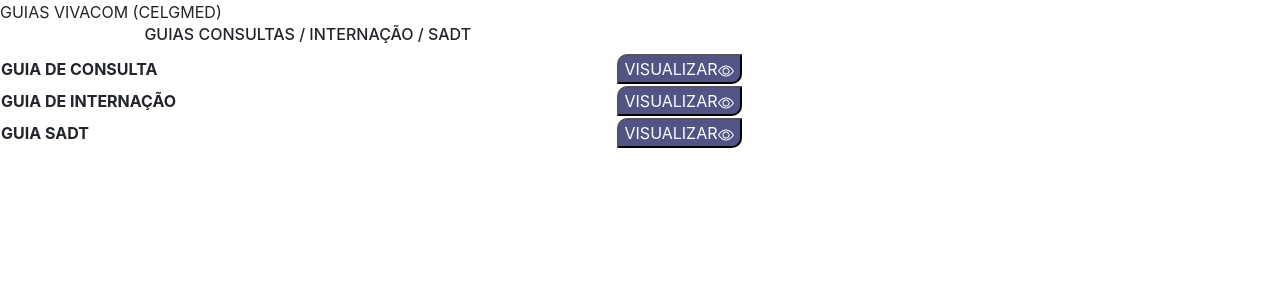
Repository: Leandromarim/INTRANET_PARTICULAR
Page: guiasVivacom.html
These files come from the project's save history. The page is drawn as it stood at one moment and after the next save; the edit follows.
The browser window is 1280 px wide. The pictures show the whole page.

Above is the page before, as saved 2021-12-29 12:53:48.
Not found: ajax.js

### guiasVivacom.html
<!DOCTYPE html>
<html lang="pt-br">

<head>
    <meta charset="UTF-8" />
    <meta http-equiv="X-UA-Compatible" content="IE=edge" />
    <meta name="viewport" content="width=device-width, initial-scale=1.0" />
    <link rel="stylesheet" href="./assets/css/bootstrap-grid.css" />
    <link rel="stylesheet" href="./assets/css/bootstrap-grid.min.css" />
    <link rel="stylesheet" href="./assets/css/bootstrap.css" />
    <link rel="stylesheet" href="./assets/css/bootstrap.css" />
    <link rel="stylesheet" href="./assets/css/tables.css" />
    <link rel="stylesheet" href="./assets/css/body.css" />
    <link rel="stylesheet" href="https://stackpath.bootstrapcdn.com/bootstrap/4.1.3/css/bootstrap.min.css" integrity="sha384-MCw98/SFnGE8fJT3GXwEOngsV7Zt27NXFoaoApmYm81iuXoPkFOJwJ8ERdknLPMO" crossorigin="anonymous" />
    <link rel="icon" href="./image/ico/ico_ha.ico" />
    <title>Intranet 2.0</title>
</head>

<body>
    <header id="mainheader"></header>
    <main>
        <section class="container-titulo-tabela">
            <span class="titulo-docs">GUIAS VIVACOM (CELGMED)</span>
        </section>
        <div class="table-centralizado">
            <table class="col-sm-6 col-lg-8">
                <thead>
                    <th class="titulo-setor" colspan="2">
                        <h6>GUIAS CONSULTAS / INTERNAÇÃO / SADT</h6>
                    </th>
                </thead>
                <tbody class="col-sm-6 col-lg-8">
                    <tr>
                        <th class="titulo">GUIA DE CONSULTA</th>
                        <td><a href="#" target="self"><button type="button" class="btn-visualizar">VISUALIZAR<svg xmlns="http://www.w3.org/2000/svg" width="16" height="16" fill="currentColor" class="bi bi-eye" viewBox="0 0 16 16">
                    <path d="M16 8s-3-5.5-8-5.5S0 8 0 8s3 5.5 8 5.5S16 8 16 8zM1.173 8a13.133 13.133 0 0 1 1.66-2.043C4.12 4.668 5.88 3.5 8 3.5c2.12 0 3.879 1.168 5.168 2.457A13.133 13.133 0 0 1 14.828 8c-.058.087-.122.183-.195.288-.335.48-.83 1.12-1.465 1.755C11.879 11.332 10.119 12.5 8 12.5c-2.12 0-3.879-1.168-5.168-2.457A13.134 13.134 0 0 1 1.172 8z"/>
                    <path d="M8 5.5a2.5 2.5 0 1 0 0 5 2.5 2.5 0 0 0 0-5zM4.5 8a3.5 3.5 0 1 1 7 0 3.5 3.5 0 0 1-7 0z"/>
                  </svg></button></a></td>
                    </tr>
                    <tr>
                        <th class="titulo">GUIA DE INTERNAÇÃO</th>
                        <td><a href="doc/guias/celgmed_internacao.pdf "target="self"><button type="button" class="btn-visualizar">VISUALIZAR<svg xmlns="http://www.w3.org/2000/svg" width="16" height="16" fill="currentColor" class="bi bi-eye" viewBox="0 0 16 16">
                    <path d="M16 8s-3-5.5-8-5.5S0 8 0 8s3 5.5 8 5.5S16 8 16 8zM1.173 8a13.133 13.133 0 0 1 1.66-2.043C4.12 4.668 5.88 3.5 8 3.5c2.12 0 3.879 1.168 5.168 2.457A13.133 13.133 0 0 1 14.828 8c-.058.087-.122.183-.195.288-.335.48-.83 1.12-1.465 1.755C11.879 11.332 10.119 12.5 8 12.5c-2.12 0-3.879-1.168-5.168-2.457A13.134 13.134 0 0 1 1.172 8z"/>
                    <path d="M8 5.5a2.5 2.5 0 1 0 0 5 2.5 2.5 0 0 0 0-5zM4.5 8a3.5 3.5 0 1 1 7 0 3.5 3.5 0 0 1-7 0z"/>
                  </svg></button></a></td>
                    </tr>
                    <tr>
                        <th class="titulo">GUIA SADT</th>
                        <td><a href="doc/guias/celgmed_sadt.pdf" target="self"><button type="button" class="btn-visualizar">VISUALIZAR<svg xmlns="http://www.w3.org/2000/svg" width="16" height="16" fill="currentColor" class="bi bi-eye" viewBox="0 0 16 16">
                    <path d="M16 8s-3-5.5-8-5.5S0 8 0 8s3 5.5 8 5.5S16 8 16 8zM1.173 8a13.133 13.133 0 0 1 1.66-2.043C4.12 4.668 5.88 3.5 8 3.5c2.12 0 3.879 1.168 5.168 2.457A13.133 13.133 0 0 1 14.828 8c-.058.087-.122.183-.195.288-.335.48-.83 1.12-1.465 1.755C11.879 11.332 10.119 12.5 8 12.5c-2.12 0-3.879-1.168-5.168-2.457A13.134 13.134 0 0 1 1.172 8z"/>
                    <path d="M8 5.5a2.5 2.5 0 1 0 0 5 2.5 2.5 0 0 0 0-5zM4.5 8a3.5 3.5 0 1 1 7 0 3.5 3.5 0 0 1-7 0z"/>
                  </svg></button></a></td>
                    </tr>
                </tbody>
            </table>
        </div>
        <br><br><br><br><br><br><br><br><br>
    </main>
    <footer id="mainfooter"></footer>
</body>
<script src="assets/js/bootstrap.js"></script>
<script src="ajax.js"></script>

</html>

### assets/css/tables.css
section.table-centralizado, thead{
    position: relative;
    display: flex;
    align-items: center;
    align-content: center;
    justify-content: center;
    justify-items: center;
}

.tabela {
    position: relative;
    display: flex;
    align-items: center;
    align-content: center;
    justify-items: center;
    justify-content: center;
}

thead h2.titulo-tabela {
    position: relative;
    display: flex;
    justify-content: center;
    justify-items: center;
    align-items: center;
    align-content: center;
}


main table.table {
    background-color: #fff;
}

th.celula,
td.coluna {
    color: #525486;
    text-transform: uppercase;
}

th {
    border-radius: 20px;
}

td .btn-visualizar {
    background-color: #525486;
    color: #fff;
    border-radius: 10px 0 10px 0;
}

td .btn-visualizar:hover {
    background-color: #fff;
    color: #525486;
}

### assets/css/body.css
.container-card {
    display: flex;
    position: relative;
    align-items: center;
    align-content: center;
    justify-content: center;
    justify-items: center;
}

.container-card img {
    border-radius: 20px 0 20px 0;
}

div.card {
    position: relative;
    display: flex;
    width: 20rem;
    margin: 5px;
    padding: 1px;
    background-color: #525486;
    border-radius: 20px 0 20px 0;
    top: 10px;
}

#card-text {
    display: flex;
    position: relative;
    color: white;
    align-content: center;
    align-items: center;
    justify-content: center;
    justify-items: center;
}

.titulo-docs h2 {
    position: relative;
    display: flex;
    justify-content: center;
    color: #525486;
}

Loaded but not shown: assets/css/bootstrap-grid.css (library); assets/css/bootstrap-grid.min.css (library); assets/css/bootstrap.css (library); assets/js/bootstrap.js (library)

After the next save:
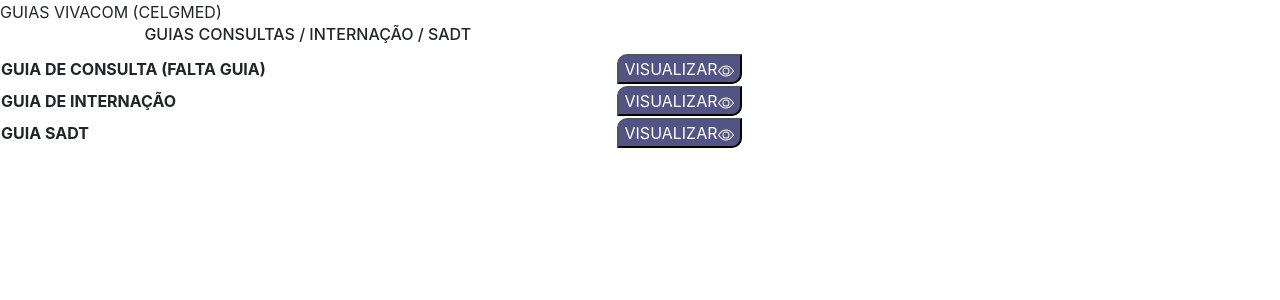
Saved 56 s later.
--- a/guiasVivacom.html
+++ b/guiasVivacom.html
@@ -31,7 +31,7 @@
                 </thead>
                 <tbody class="col-sm-6 col-lg-8">
                     <tr>
-                        <th class="titulo">GUIA DE CONSULTA</th>
+                        <th class="titulo">GUIA DE CONSULTA (FALTA GUIA)</th>
                         <td><a href="#" target="self"><button type="button" class="btn-visualizar">VISUALIZAR<svg xmlns="http://www.w3.org/2000/svg" width="16" height="16" fill="currentColor" class="bi bi-eye" viewBox="0 0 16 16">
                     <path d="M16 8s-3-5.5-8-5.5S0 8 0 8s3 5.5 8 5.5S16 8 16 8zM1.173 8a13.133 13.133 0 0 1 1.66-2.043C4.12 4.668 5.88 3.5 8 3.5c2.12 0 3.879 1.168 5.168 2.457A13.133 13.133 0 0 1 14.828 8c-.058.087-.122.183-.195.288-.335.48-.83 1.12-1.465 1.755C11.879 11.332 10.119 12.5 8 12.5c-2.12 0-3.879-1.168-5.168-2.457A13.134 13.134 0 0 1 1.172 8z"/>
                     <path d="M8 5.5a2.5 2.5 0 1 0 0 5 2.5 2.5 0 0 0 0-5zM4.5 8a3.5 3.5 0 1 1 7 0 3.5 3.5 0 0 1-7 0z"/>
